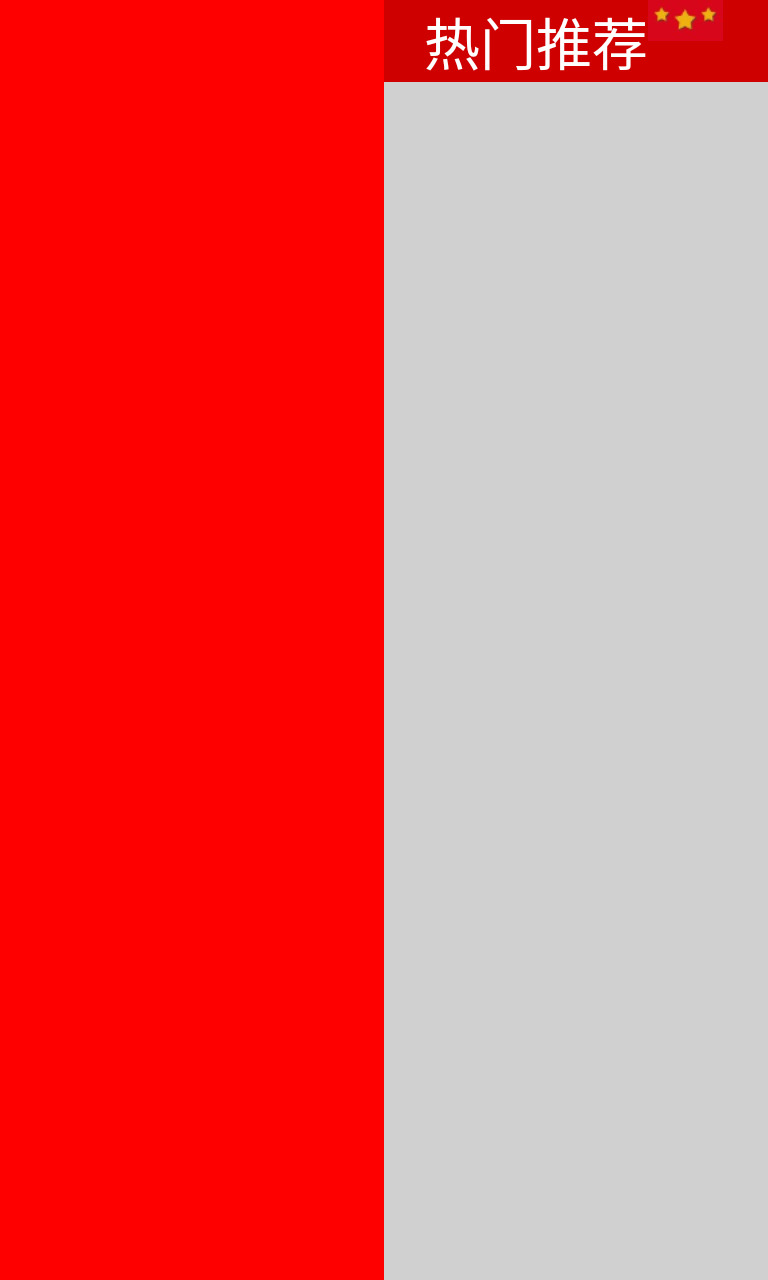
Repository: hhxiaojQCS/QCS_ListView
Layout: QCS/res/layout/activity_filter.xml
These files come from the project's save history. The layout is drawn as it stood at one moment and after the next save; the edit follows.
It is drawn on a 768 x 1280 px phone screen (xhdpi) without system bars, with theme AppTheme; the app's code is not run. Lists and similar views that code fills are empty.

Above is the layout before, as saved 2013-08-07 07:46:51.

After the next save:
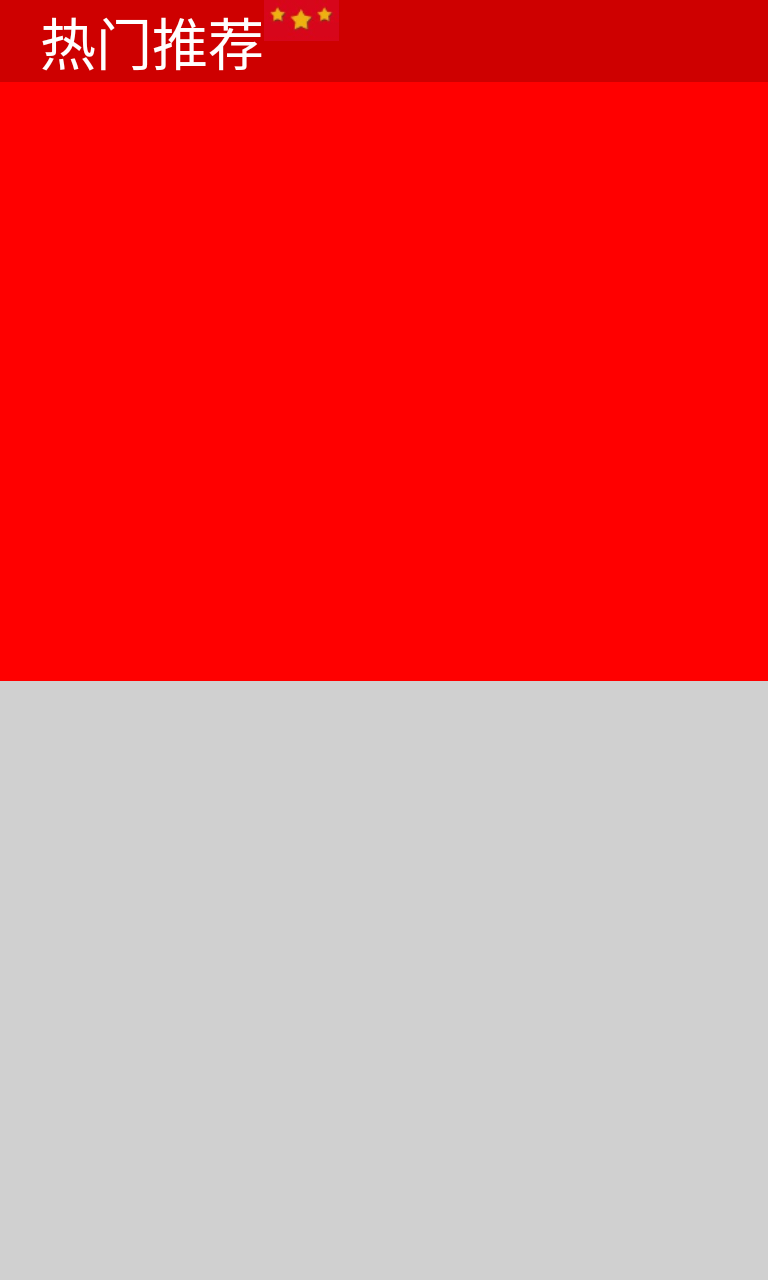
Saved 69 s later.
--- a/QCS/res/layout/activity_filter.xml
+++ b/QCS/res/layout/activity_filter.xml
@@ -4,25 +4,9 @@
     android:layout_width="fill_parent"
     android:layout_height="fill_parent"
     android:background="#d0d0d0"
-    android:orientation="horizontal" >
+    android:orientation="vertical" >
 
-    <LinearLayout
-        android:id="@+id/lilay_filter_01"
-        android:layout_width="match_parent"
-        android:layout_height="match_parent"
-        android:layout_weight="4"
-        android:background="#FF0000"
-        android:orientation="vertical" >
-    </LinearLayout>
-
-    <LinearLayout
-        android:id="@+id/lilay_filter_02"
-        android:layout_width="match_parent"
-        android:layout_height="match_parent"
-        android:layout_weight="4"
-        android:orientation="vertical" >
-
-        <LinearLayout
+       <LinearLayout
             android:layout_width="fill_parent"
             android:layout_height="wrap_content"
             android:background="#CE0000"
@@ -45,6 +29,24 @@
                 android:src="@drawable/xx" />
         </LinearLayout>
 
+    <LinearLayout
+        android:id="@+id/lilay_filter_01"
+        android:layout_width="match_parent"
+        android:layout_height="match_parent"
+        android:layout_weight="4"
+        android:background="#FF0000"
+        android:orientation="vertical" >
+    </LinearLayout>
+
+    <LinearLayout
+        android:id="@+id/lilay_filter_02"
+        android:layout_width="match_parent"
+        android:layout_height="match_parent"
+        android:layout_weight="4"
+        android:orientation="vertical" >
+
+
+
         <ListView
             android:id="@+id/lv01"
             android:layout_width="wrap_content"
